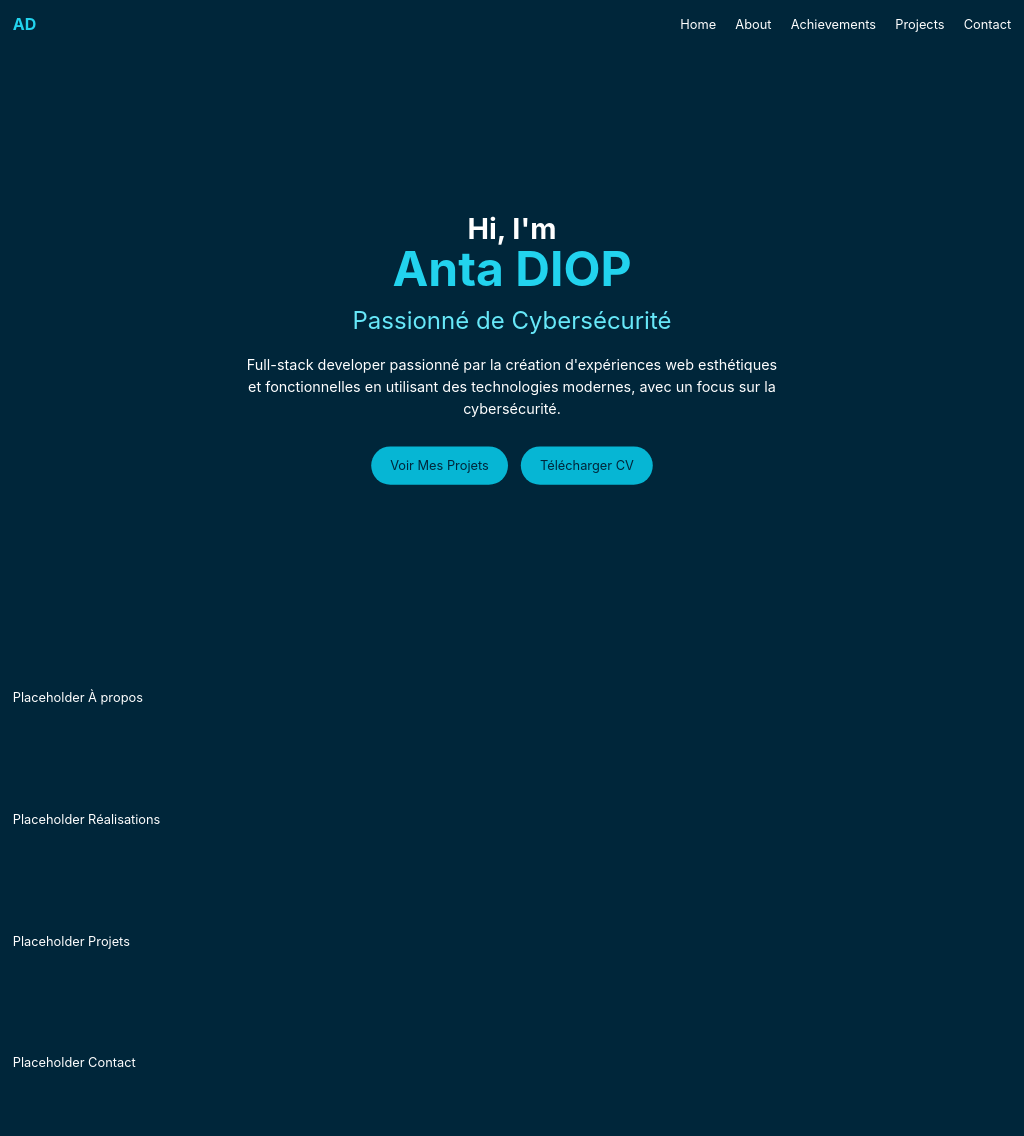
Repository: AntaaaKD/Mon-Portfolio
Page: /
The author's editor kept a copy of each file at every save. The page is drawn from the files as they stood at one save, then again after the next save.
The browser window is 1280 px wide. The pictures show the whole page, at 80% of full size.
The project was rebuilt for these pictures with package versions that can differ from the ones it lists, and the page was loaded fresh each time.

Above is the page before, as saved 2026-01-14 18:25:18.

### src/App.js
import React from 'react';
import Navbar from './components/Navbar';
import Home from './components/Home';  // Ajoute cet import

function App() {
  return (
    <div className="min-h-screen bg-custom-blue text-white">
      <Navbar />
      <main className="container mx-auto p-4">
        <Home />  {/* Remplace le placeholder */}
        <section id="about" className="py-16">Placeholder À propos</section>
        <section id="achievements" className="py-16">Placeholder Réalisations</section>
        <section id="projects" className="py-16">Placeholder Projets</section>
        <section id="contact" className="py-16">Placeholder Contact</section>
      </main>
    </div>
  );
}

export default App;

### src/components/Navbar.jsx
import React, { useState, useEffect } from 'react';

const Navbar = () => {
  const [scrolled, setScrolled] = useState(false);

  useEffect(() => {
    const handleScroll = () => {
      if (window.scrollY > 50) {
        setScrolled(true);
      } else {
        setScrolled(false);
      }
    };

    window.addEventListener('scroll', handleScroll);
    return () => window.removeEventListener('scroll', handleScroll);
  }, []);

  return (
    <nav
        className={`p-4 sticky top-0 z-10 transition-all duration-300 ${
            scrolled
            ? 'bg-custom-blue bg-opacity-0 backdrop-blur-md'  // Semi-transparent (30%) + blur fort
            : 'bg-custom-blue'  // Bleu solide au top
        }`}
    >
        <div className="container mx-auto flex justify-between items-center">
            <h1 className="text-xl font-bold text-cyan-400">AD</h1>
            <ul className="flex space-x-6 text-white">
            <li><a href="#home" className="hover:text-cyan-300">Home</a></li>
            <li><a href="#about" className="hover:text-cyan-300">About</a></li>
            <li><a href="#achievements" className="hover:text-cyan-300">Achievements</a></li>
            <li><a href="#projects" className="hover:text-cyan-300">Projects</a></li>
            <li><a href="#contact" className="hover:text-cyan-300">Contact</a></li>
            </ul>
        </div>
    </nav>
  );
};

export default Navbar;

### src/components/Home.jsx
import React from 'react';

const Home = () => {
  return (
    <section id="home" className="flex flex-col items-center justify-center h-screen text-center px-4">
      <h1 className="text-4xl font-bold"> Hi, I'm</h1><h1 className="text-6xl font-bold text-cyan-400 mb-4">Anta DIOP</h1>
      <h2 className="text-3xl text-cyan-300 mb-6">Passionné de Cybersécurité</h2>
      <p className="text-lg mb-8 max-w-2xl">Full-stack developer passionné par la création d'expériences web esthétiques et fonctionnelles en utilisant des technologies modernes, avec un focus sur la cybersécurité.</p>
      <div className="flex space-x-4">
        <a href="#projects" className="bg-cyan-500 text-custom-blue px-6 py-3 rounded-full hover:bg-cyan-400 transition">Voir Mes Projets</a>
        <a href="/cv.pdf" download className="bg-cyan-500 text-custom-blue px-6 py-3 rounded-full hover:bg-cyan-400 transition">Télécharger CV</a>
      </div>
    </section>
  );
};

export default Home;

### tailwind.config.js
/** @type {import('tailwindcss').Config} */
module.exports = {
  content: [
    "./src/**/*.{js,jsx,ts,tsx}",
  ],
  theme: {
    extend: {
      colors: {
        'custom-blue': 'rgb(0, 38, 58)',  // Ton bleu exact ici
      },
    },
  },
  plugins: [],
};

Loaded but not shown: public/index.html (common file); src/index.js (common file); src/index.css (common file); src/reportWebVitals.js (common file)

After the next save:
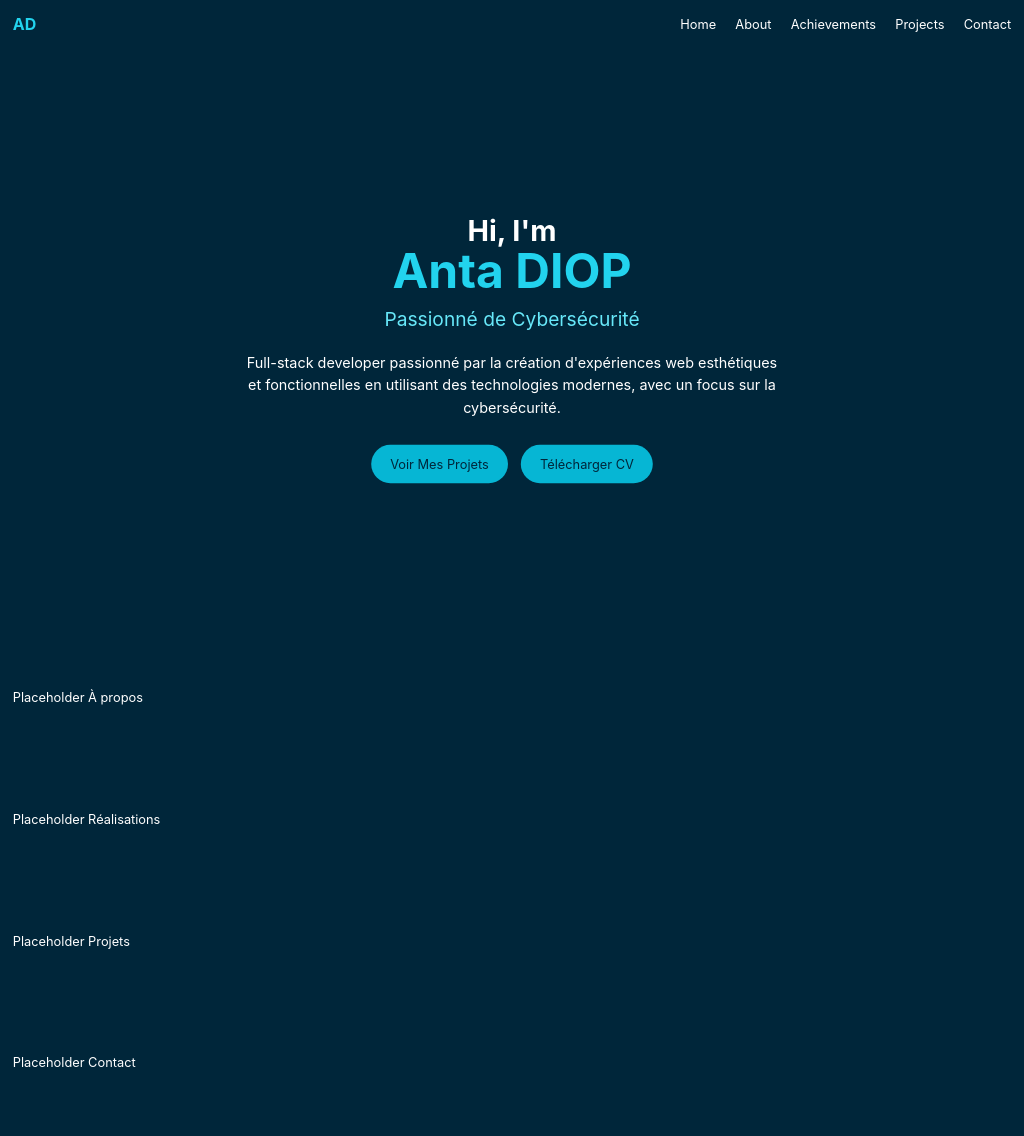
Saved 27 s later.
--- a/src/components/Home.jsx
+++ b/src/components/Home.jsx
@@ -4,7 +4,7 @@ const Home = () => {
   return (
     <section id="home" className="flex flex-col items-center justify-center h-screen text-center px-4">
       <h1 className="text-4xl font-bold"> Hi, I'm</h1><h1 className="text-6xl font-bold text-cyan-400 mb-4">Anta DIOP</h1>
-      <h2 className="text-3xl text-cyan-300 mb-6">Passionné de Cybersécurité</h2>
+      <h2 className="text-2xl text-cyan-300 mb-6">Passionné de Cybersécurité</h2>
       <p className="text-lg mb-8 max-w-2xl">Full-stack developer passionné par la création d'expériences web esthétiques et fonctionnelles en utilisant des technologies modernes, avec un focus sur la cybersécurité.</p>
       <div className="flex space-x-4">
         <a href="#projects" className="bg-cyan-500 text-custom-blue px-6 py-3 rounded-full hover:bg-cyan-400 transition">Voir Mes Projets</a>
